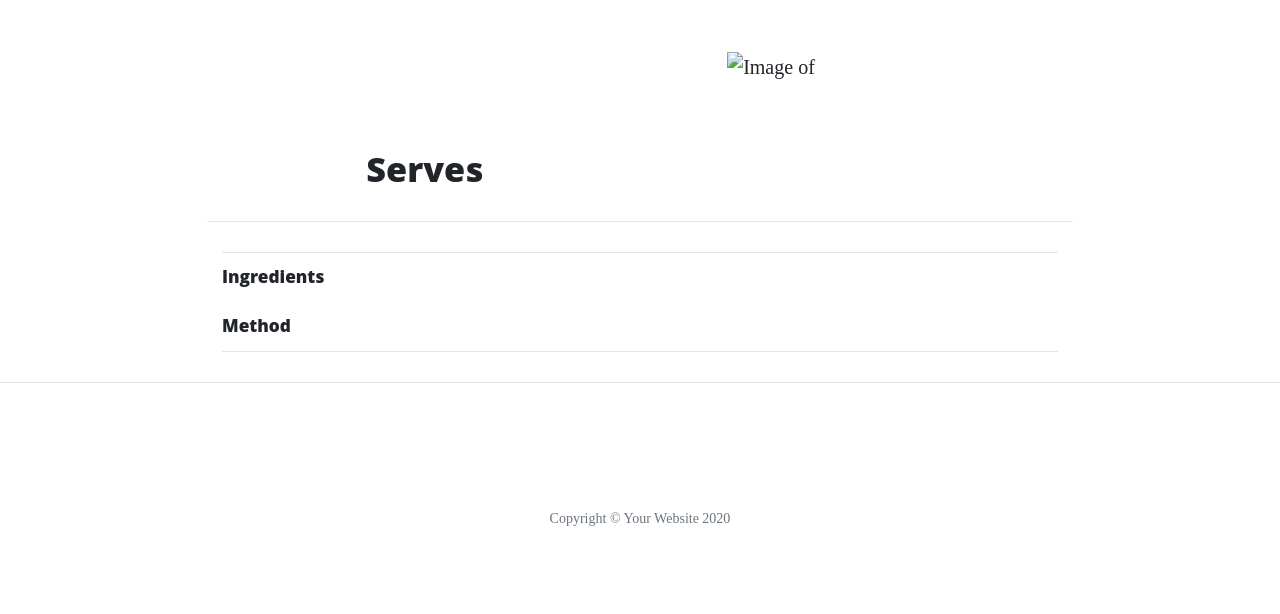
Repository: saffiya/cookbook
Page: templates/recipe.html
The author's editor kept a record of every edit. The page is drawn from the files as they stood at one moment, then again after the next edit.
The browser window is 1280 px wide. The pictures show the part of the page from y = 674 to 1296 px (the page is 1288 px tall before and 1296 px after).
The page is served by the project's application, run on Flask 3 (app.py). The template is opened directly, without the code that normally fills it, so the values that code supplies are empty.

Above is the page before.

After the next edit:
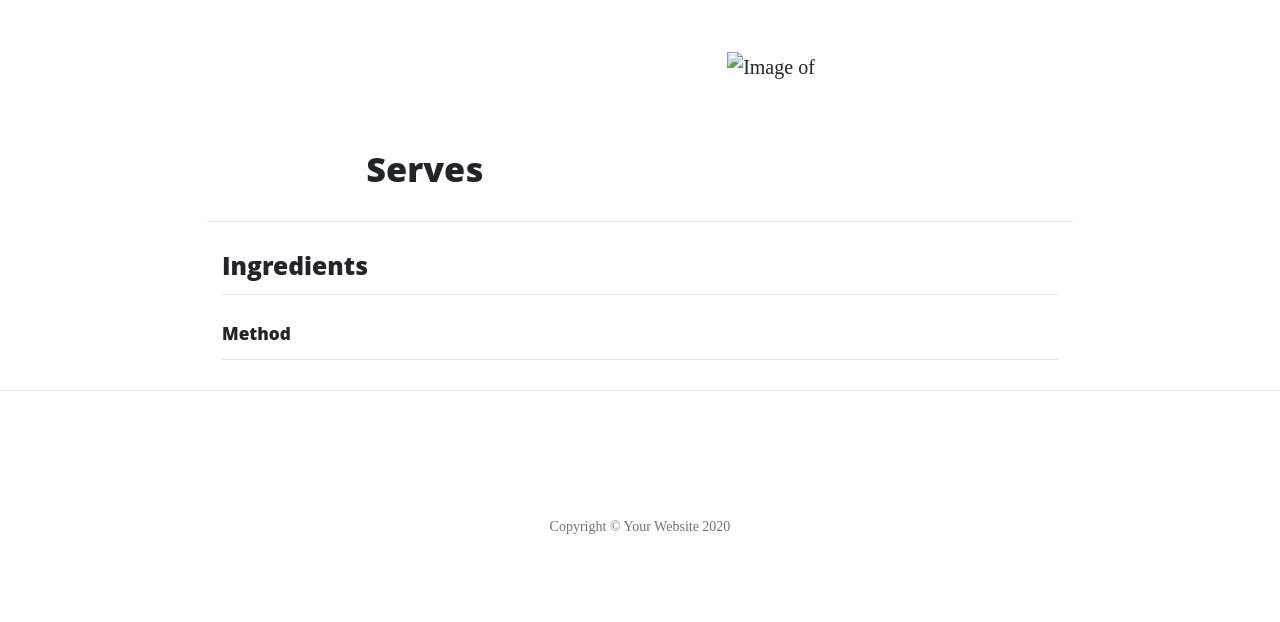
The edit:
--- a/templates/recipe.html
+++ b/templates/recipe.html
@@ -18,8 +18,8 @@
 </div>
 
 <div class="col-md-12">
+    <h5>Ingredients</h5>
     <hr>
-    <h6>Ingredients</h6>
     <p>{{ recipe.ingredients }}</p>
     <h6>Method</h6>
     <hr>
